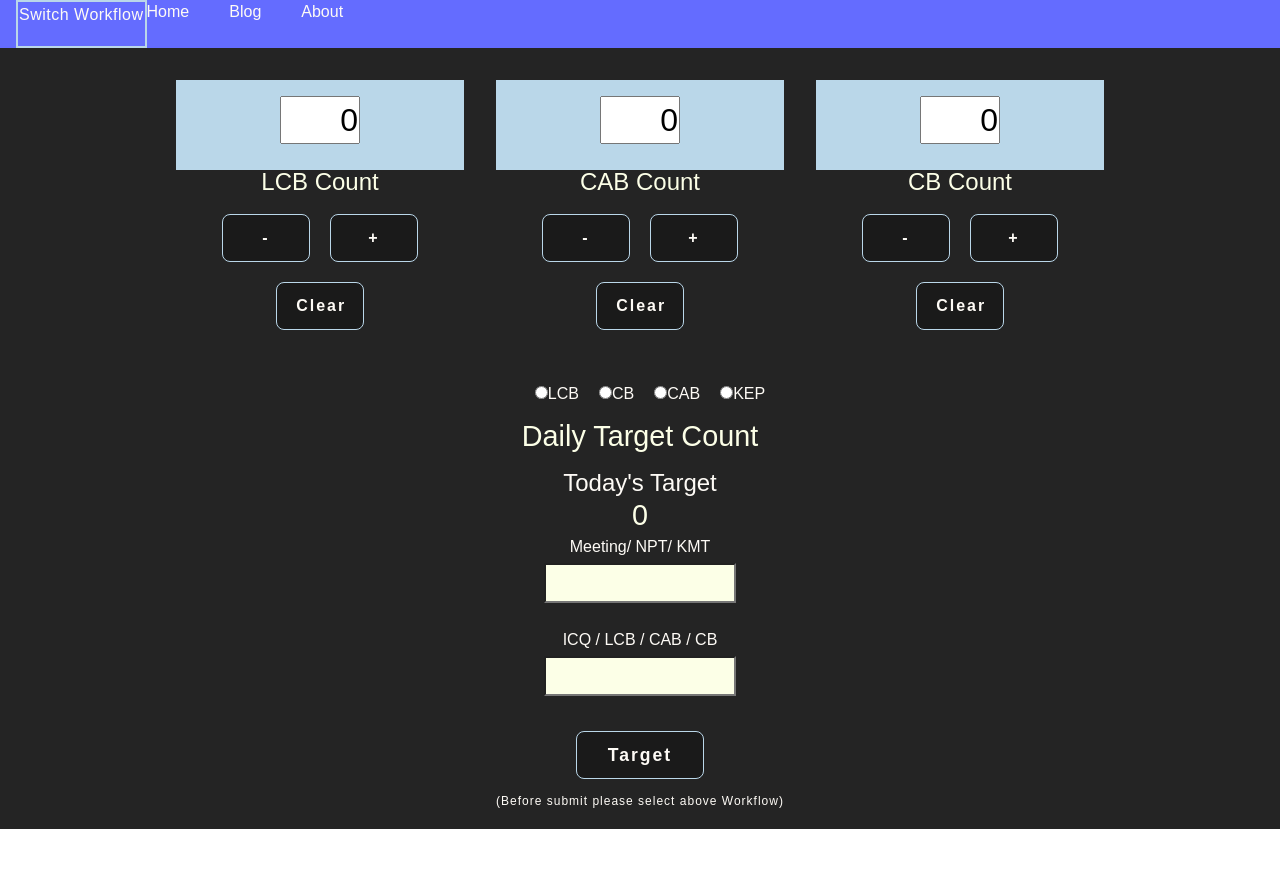
Repository: suraj-yadav7/SwitchWorkflow-Count-reactjs
Page: /
These files come from the project's save history. The page is drawn as it stood at one moment and after the next save; the edit follows.
The browser window is 1280 px wide. The pictures show the whole page.
Some web fonts or font styles are not loaded; a fallback is used. The project was rebuilt for these pictures with package versions that can differ from the ones it lists, and the page was loaded fresh each time.

Above is the page before, as saved 2023-04-20 12:49:22.

After the next save:
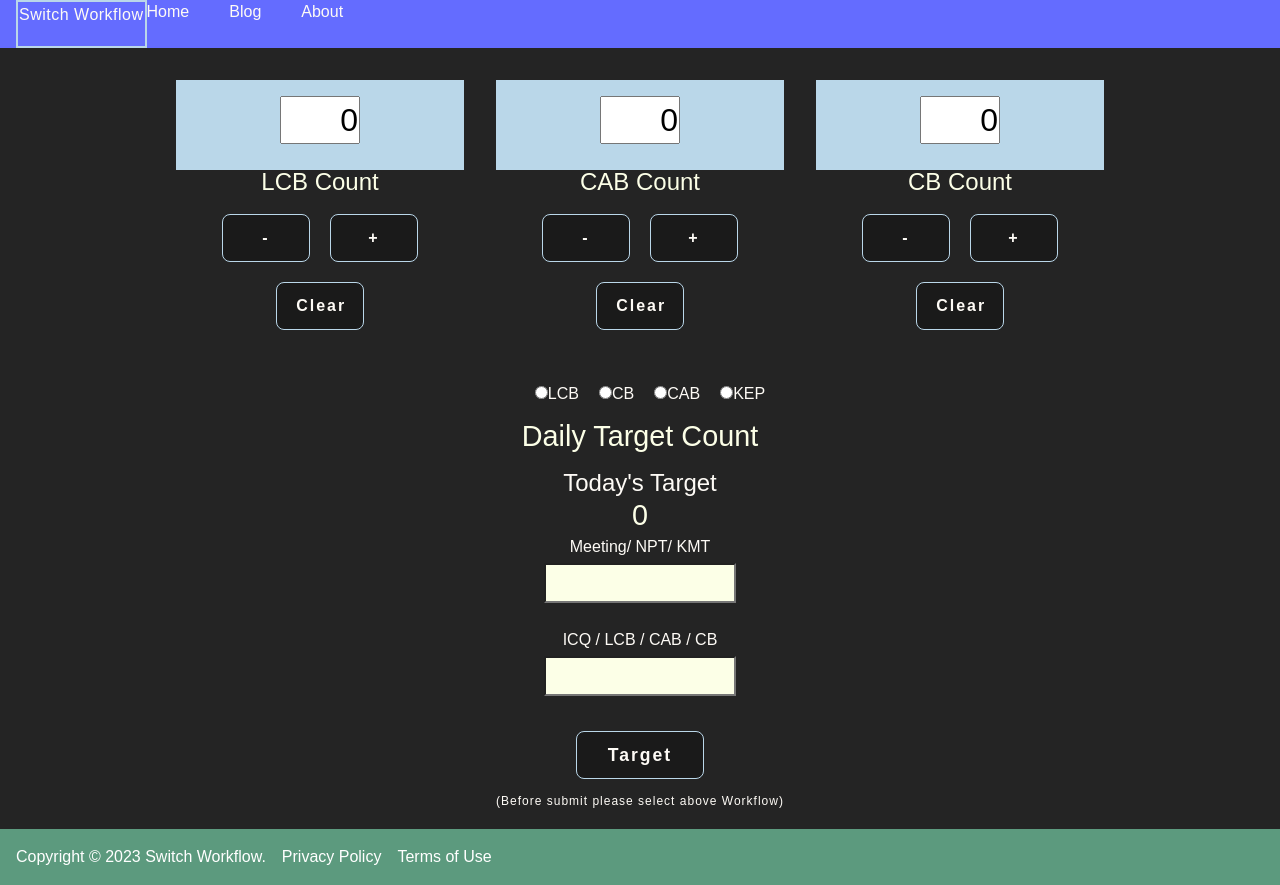
Saved 5 s later.
--- a/src/App.css
+++ b/src/App.css
@@ -174,7 +174,7 @@ li,a{
 /* footer */
 footer{
   display: flex;
-  background-color: #5C9A7EB !important;
+  background-color: #5C9A7E !important;
   color: #fff !important;
 }
 
